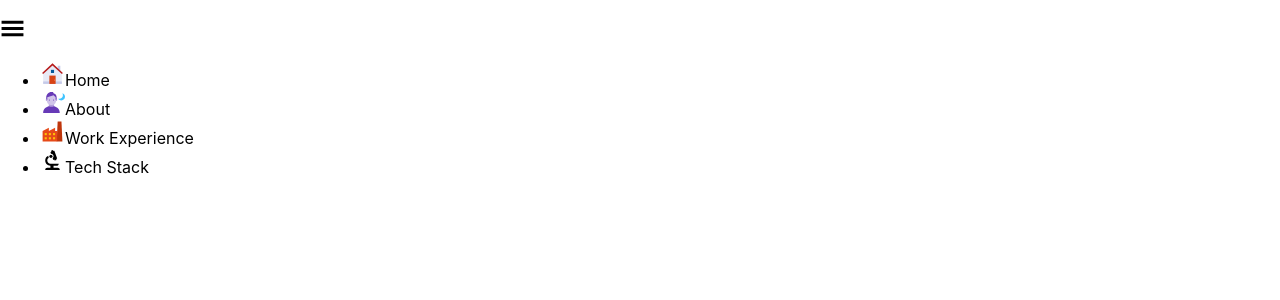
Repository: Laoye99/portfolio
Page: /
These files come from the project's save history. The page is drawn as it stood at one moment and after the next save; the edit follows.
The browser window is 1280 px wide. The pictures show the whole page.
The project was rebuilt for these pictures with package versions that can differ from the ones it lists, and the page was loaded fresh each time. Also part of the build but not shown: src/App.css.

Above is the page before, as saved 2024-02-13 09:57:52.

### src/App.js
import './App.css';
import { createContext, useState } from 'react';
import ScrollToTop from 'react-scroll-to-top';
import Navbar from './components/Navbar';

export const ThemeContext = createContext(null);

const App = () => {
  const [theme, setTheme] = useState("light");

  const changeTheme = () => {
    setTheme((prev) => (prev === "light" ? "dark" : "light"));
  };
  return (
    <ThemeContext.Provider value={{ theme, changeTheme }}>
    <div id={theme}>
    <Navbar/>
    </div>
    <ScrollToTop
    top="200"
    smooth
    height="20"
    width="20"
    color="white"
    style={{ borderRadius: "90px ", backgroundColor: "#38004c" }}
    />
    </ThemeContext.Provider>
  );
}

export default App;

### src/components/Navbar.js
import { useState } from "react";
import {GiHamburgerMenu} from "react-icons/gi";
import { Link } from "react-scroll";
import { FcHome,
    FcNightPortrait,
    FcFactory } from "react-icons/fc";
import {MdBiotech, } from "react-icons/md"


const Navbar = () => {
    const [open, setOpen] = useState(false);

    const handleClick = () => {
        setOpen(!open);
    };
    return(
        <div className="navbar">
        <div className="navbar-header">
        <p>
        <GiHamburgerMenu size={25} onClick={handleClick} />
        <div className="nav">
        <ul>
        <li className="nav-item">
        <Link
        to="home"
        spy={true}
        smooth={true}
        duration={100}
        offset={-100}
        >
        <FcHome size={25}/>
        Home
        </Link>
        </li>
        <li className="nav-item">
        <Link
        to="about"
        spy={true}
        smooth={true}
        duration={100}
        offset={-100}
        >
        <FcNightPortrait size={25}/>
        About
        </Link>
        </li>
        <li className="nav-item">
        <Link
        to="project"
        spy={true}
        smooth={true}
        duration={100}
        offset={-100}
        >
        <FcFactory size={25}/>
        Work Experience
        </Link>
        </li>
        <li className="nav-item">
        <Link
        to="stack"
        spy={true}
        smooth={true}
        duration={100}
        offset={-100}
        >
        <MdBiotech size={25} color='#000000'/>
        Tech Stack
        </Link>
        </li>

        </ul>
        </div>
        </p>
        </div>
        </div>
    );

};

export default Navbar;

Loaded but not shown: public/index.html (common file); src/index.js (common file); src/index.css (common file); src/reportWebVitals.js (common file)

After the next save:
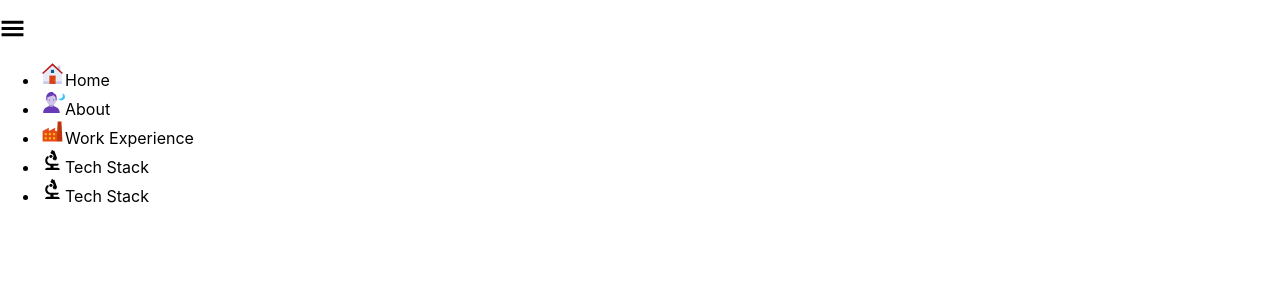
Saved 118 s later.
--- a/src/components/Navbar.js
+++ b/src/components/Navbar.js
@@ -68,7 +68,18 @@ const Navbar = () => {
         Tech Stack
         </Link>
         </li>
-
+        <li className="nav-item">
+        <Link
+        to="stack"
+        spy={true}
+        smooth={true}
+        duration={100}
+        offset={-100}
+        >
+        <MdBiotech size={25} color='#000000'/>
+        Tech Stack
+        </Link>
+        </li>
         </ul>
         </div>
         </p>
